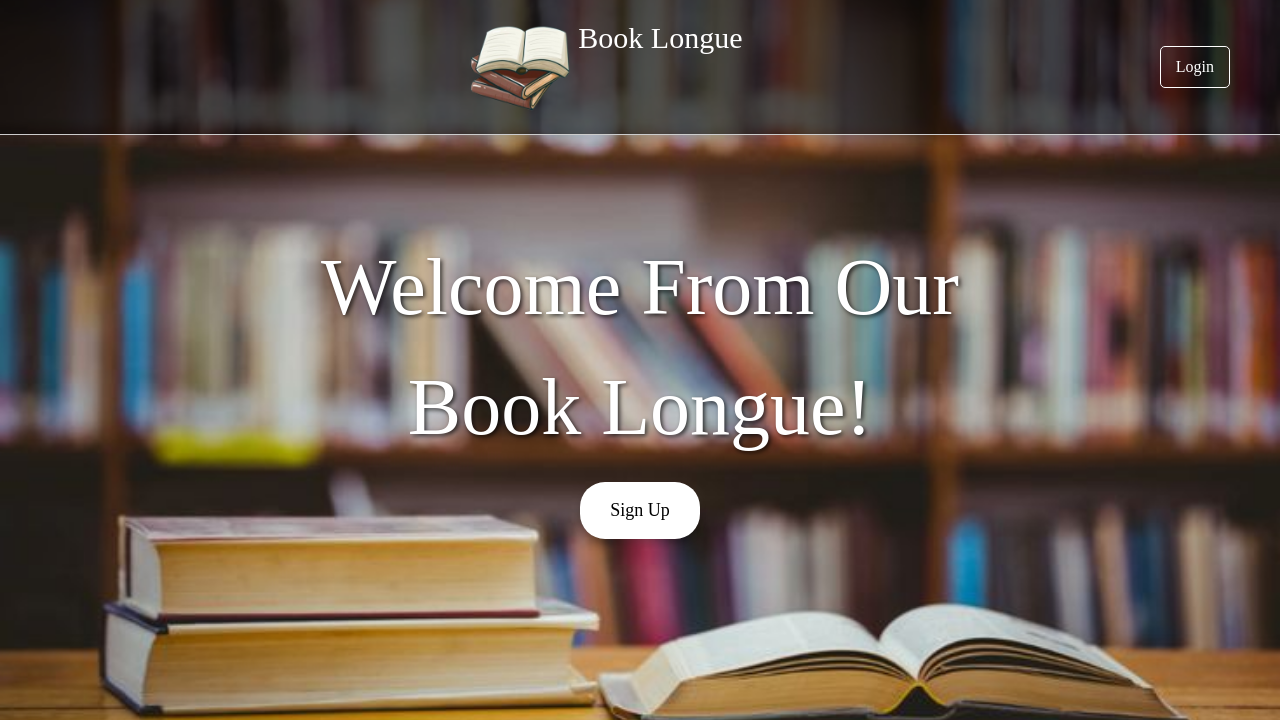
Repository: moehaymanmyint/Book-Longue-Web-System
Page: pages/GetStarted.html
An editor plug-in stored every save of this project. The page is shown before and after the next save, followed by the edit.
The browser window is 1280 px wide. The pictures show the whole page.
Some web fonts or font styles are not loaded; a fallback is used.

Above is the page before, as saved 2024-12-30 11:50:06.

### pages/GetStarted.html
<!DOCTYPE html>
<html lang="en">
<head>
    <meta charset="UTF-8">
    <meta name="viewport" content="width=device-width, initial-scale=1.0">
    <title>Book Longue - Get Started</title>
    <link href="https://cdn.jsdelivr.net/npm/bootstrap@5.3.3/dist/css/bootstrap.min.css" rel="stylesheet" integrity="sha384-QWTKZyjpPEjISv5WaRU9OFeRpok6YctnYmDr5pNlyT2bRjXh0JMhjY6hW+ALEwIH" crossorigin="anonymous">
    <script src="https://cdn.jsdelivr.net/npm/bootstrap@5.3.3/dist/js/bootstrap.bundle.min.js" integrity="sha384-YvpcrYf0tY3lHB60NNkmXc5s9fDVZLESaAA55NDzOxhy9GkcIdslK1eN7N6jIeHz" crossorigin="anonymous"></script>
    <link rel="stylesheet" href="../style/GetStarted.css">
    <link rel="stylesheet" href="https://cdnjs.cloudflare.com/ajax/libs/font-awesome/6.7.2/css/all.min.css" integrity="sha512-Evv84Mr4kqVGRNSgIGL/F/aIDqQb7xQ2vcrdIwxfjThSH8CSR7PBEakCr51Ck+w+/U6swU2Im1vVX0SVk9ABhg==" crossorigin="anonymous" referrerpolicy="no-referrer" />
    <link rel="preconnect" href="https://fonts.googleapis.com">
</head>
<body>
    <div class="nav-bar">
        <div class="left">
            <img src="../src/logo.png" alt="" width="10%">
            <h1>Book Longue</h1>
        </div>
        <div class="right">
            <button type="button" class="login-btn btn btn-light"><a href="../pages/login.html">Login</a></button>
        </div>
    </div>
    <div class="content">
        <h1>Welcome From Our<br>Book Longue!</h1>
        <button type="button" class="btn btn-light"><a href="../pages/signup.html">Sign Up</a></button>
    </div>
</body>
</html>

### style/GetStarted.css
@import url('https://fonts.googleapis.com/css2?family=Playwrite+GB+S:ital,wght@0,100..400;1,100..400&display=swap');
*{
    font-family: "Playwrite GB S", serif;
}
body {
    background-image: url(../src/GetStart-bg.jpg);
    background-size: cover;
    background-repeat: no-repeat;
    background-position: center;
    height: 100vh;
    color: #ffffff;
    font-family: 'Arial', sans-serif;
    margin: 0;
}

.nav-bar {
    display: flex;
    justify-content: space-between;
    align-items: center;
    padding: 20px 50px;
    background-color: rgba(0, 0, 0, 0.6);
    border-bottom: 1px solid #ccc;
    position: fixed;
    width: 100%;
    z-index: 10;
    box-shadow: 0px 4px 6px rgba(0, 0, 0, 0.1);
}

.nav-bar .left{
    display: flex;
    justify-content: center;
}

.nav-bar .left i {
    font-size: 35px;
    margin-right: 15px;
    color: #fff;
}

.nav-bar h1 {
    font-size: 30px;
    color: #fff;
}

.nav-bar button {
    border: 1px solid #fff;
    background-color: transparent;
    color: #fff;
    padding: 8px 15px;
    border-radius: 5px;
    cursor: pointer;
    transition: 0.3s;
}

.nav-bar button:hover {
    background-color: #fff;
    color: #000;
}

.right a {
    text-decoration: none;
    color: white;
}

.right a:hover{
    color: #000;
}

.content a {
    text-decoration: none;
    color: black;
}

.content {
    display: flex;
    flex-direction: column;
    align-items: center;
    justify-content: center;
    text-align: center;
    height: 100%;
    padding-top: 30px;
}

.content h1 {
    font-size: 80px;
    text-align: center;
    line-height: 1.5;
    margin: 15px 0;
    color: #ffffff;
    text-shadow: 2px 2px 4px rgba(0, 0, 0, 0.7);
}
.content button {
    border: none;
    padding: 15px 30px;
    font-size: 18px;
    color: #000;
    background-color: #fff;
    border-radius: 25px;
    cursor: pointer;
    box-shadow: 0px 4px 6px rgba(0, 0, 0, 0.2);
    transition: 0.3s;
}

.content button:hover {
    background-color: #9d2f2f;
    color: #fff;
    transform: translateY(-2px);
}

After the next save:
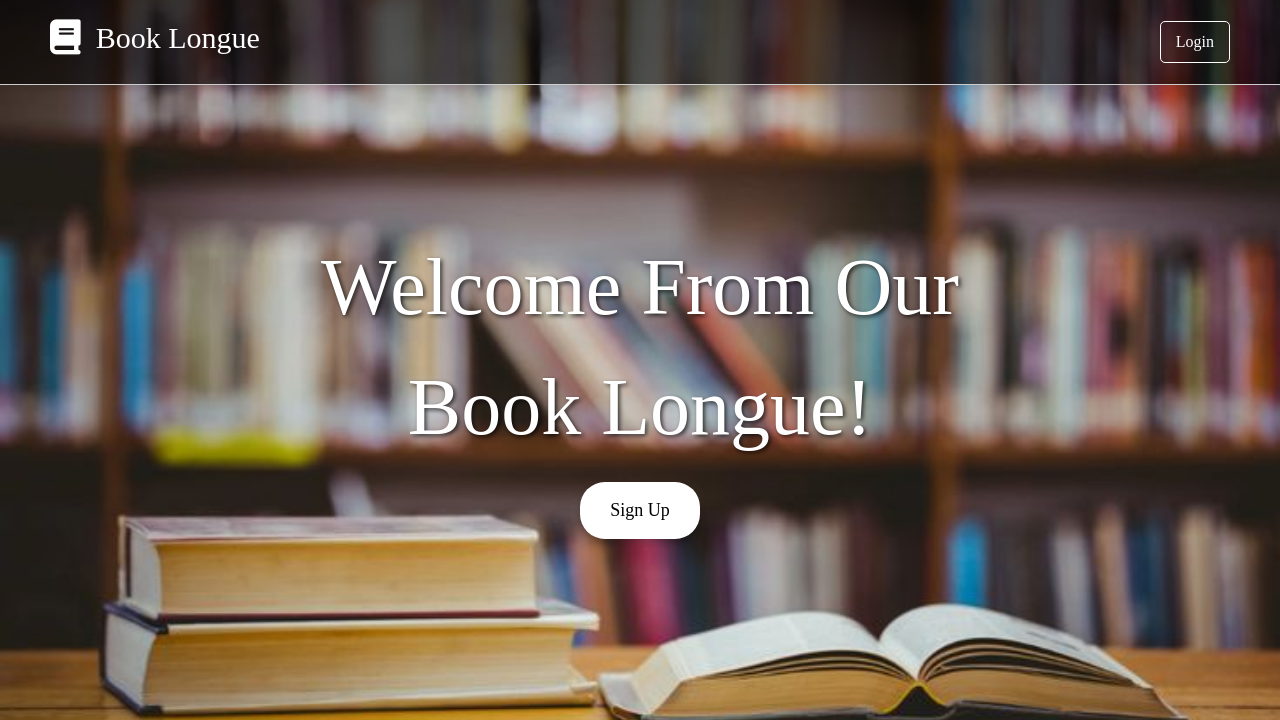
Saved 99 s later.
--- a/pages/GetStarted.html
+++ b/pages/GetStarted.html
@@ -13,7 +13,7 @@
 <body>
     <div class="nav-bar">
         <div class="left">
-            <img src="../src/logo.png" alt="" width="10%">
+            <i class="fa-solid fa-book"></i>
             <h1>Book Longue</h1>
         </div>
         <div class="right">
